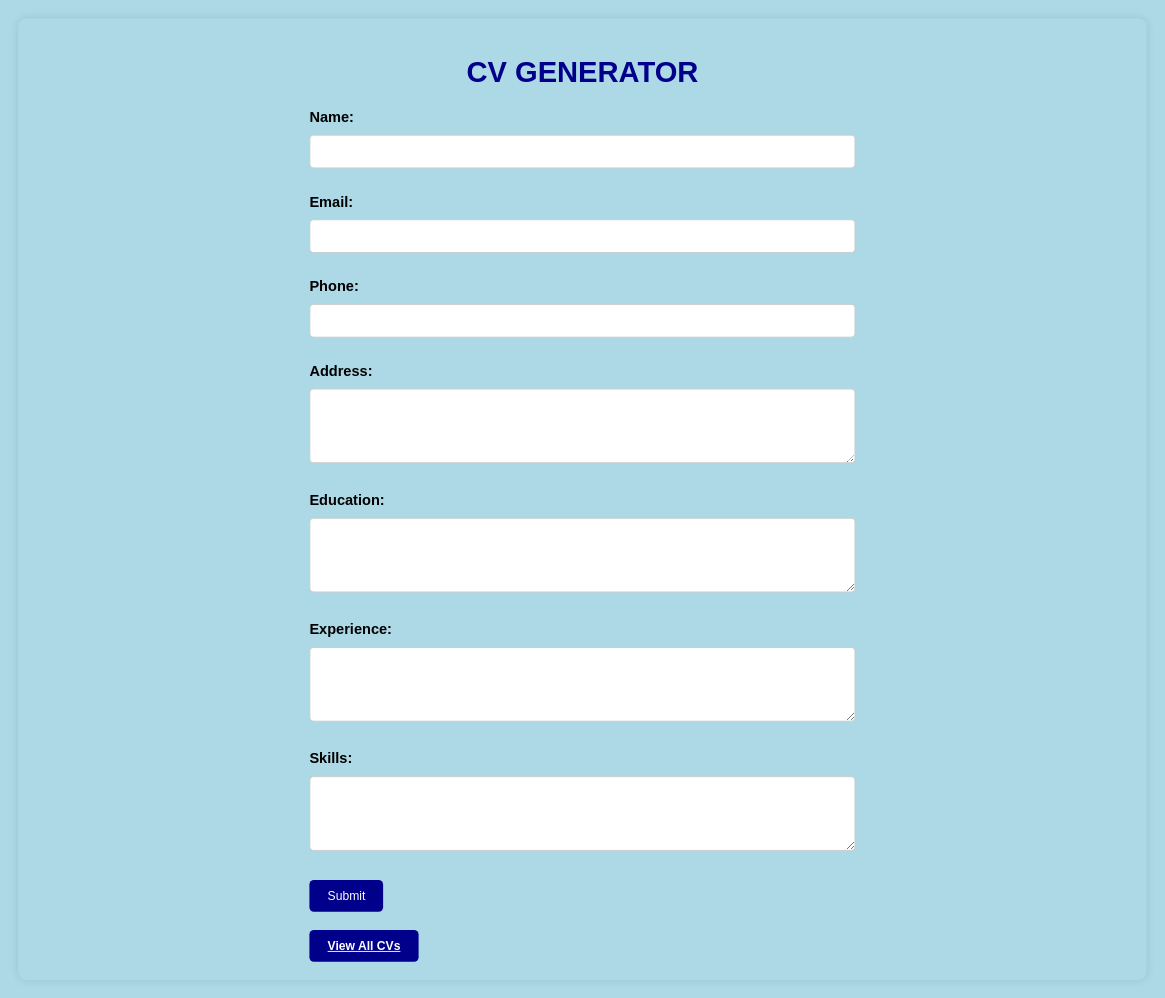
Repository: Arisha004/CV-generator
Page: index.html
These files come from the project's save history. The page is drawn as it stood at one moment and after the next save; the edit follows.
The browser window is 1280 px wide. The pictures show the whole page, at 91% of full size.

Above is the page before, as saved 2025-10-19 16:25:06.

### index.html
<!DOCTYPE html>
<html lang="en">
<head>
    <meta charset="UTF-8">
    <meta name="viewport" content="width=device-width, initial-scale=1.0">
    <title>Document</title>
    <link rel="stylesheet" href="style.css">
</head>
<body>
    <h1> CV GENERATOR </h1>
    <form id="cv" action="insert.php" method="post">
        <label for="name">Name:</label>
        <input type="text" id="name" name="name" required><br><br>

        <label for="email">Email:</label>
        <input type="email" id="email" name="email" required><br><br>

        <label for="phone">Phone:</label>
        <input type="tel" id="phone" name="phone" required><br><br>
        <label for="address">Address:</label><br>
        <textarea id="address" name="address" rows="4" cols="50"  required></textarea><br><br>
        <label for="education">Education:</label><br>
        <textarea id="education" name="education" rows="4" cols="50" required></textarea><br><br>

        <label for="experience">Experience:</label><br>
        <textarea id="experience" name="experience" rows="4" cols="50" required></textarea><br><br>

        <label for="skills">Skills:</label><br>
        <textarea id="skills" name="skills" rows="4" cols="50" required></textarea><br><br>

        <label for="sociallinks"></label>


        <button type="submit" value="submit"> Submit </button>
    </form>

    <div style="margin-top: 20px;">
        <form id="cv" action="list.php" method="get">
      <button>  <a href="list.php">View All CVs</a></button></form>
    </div>
</body>
</html>

### style.css

body{
    background-color: lightblue;
    font-family: Arial, sans-serif;
    margin: 20px;
    padding: 20px;
    border-radius: 10px;
    box-shadow: 0 0 10px rgba(0, 0,0, 0.1);

}
h1{
    color: darkblue;
    text-align: center;
}
p{
    font-size: 16px;
    line-height: 1.5;
    color: #333;
}
a{
   font-weight: bold;
    text-decoration: underline;
}
a:hover{
    text-decoration: underline;
}
button{
    background-color: darkblue;
    color: white;
    border: none;
    padding: 10px 20px;
    border-radius: 5px;
    cursor: pointer;
}
button:hover{
    background-color: navy;
}
input[type="text"], input[type="email"], textarea,input[type="tel"]{
    width: 100%;
    padding: 10px;
    margin: 10px 0;
    border: 1px solid #ccc;
    border-radius: 5px;
    box-sizing: border-box;
}
h2{
    color: darkblue;
    border-bottom: 2px solid darkblue;
    padding-bottom: 5px;
}
input[type="submit"]{
    background-color: darkblue;
    color: white;
    border: none;
    padding: 10px 20px;
    border-radius: 5px;
    cursor: pointer;
}
  table, th, td{
            border: 1px solid black;
            border-collapse: collapse;
        }
        th, td{
            padding: 10px;
        }

form{
    max-width: 600px;
    margin: auto;
}
label{
    font-weight: bold;
}
.container{
    max-width: 800px;
    margin: auto;
    padding: 20px;
    background-color: white;
    border-radius: 10px;
    box-shadow: 0 0 10px rgba(0, 0, 0, 0.1);
}
button a{
    color: white;

}

After the next save:
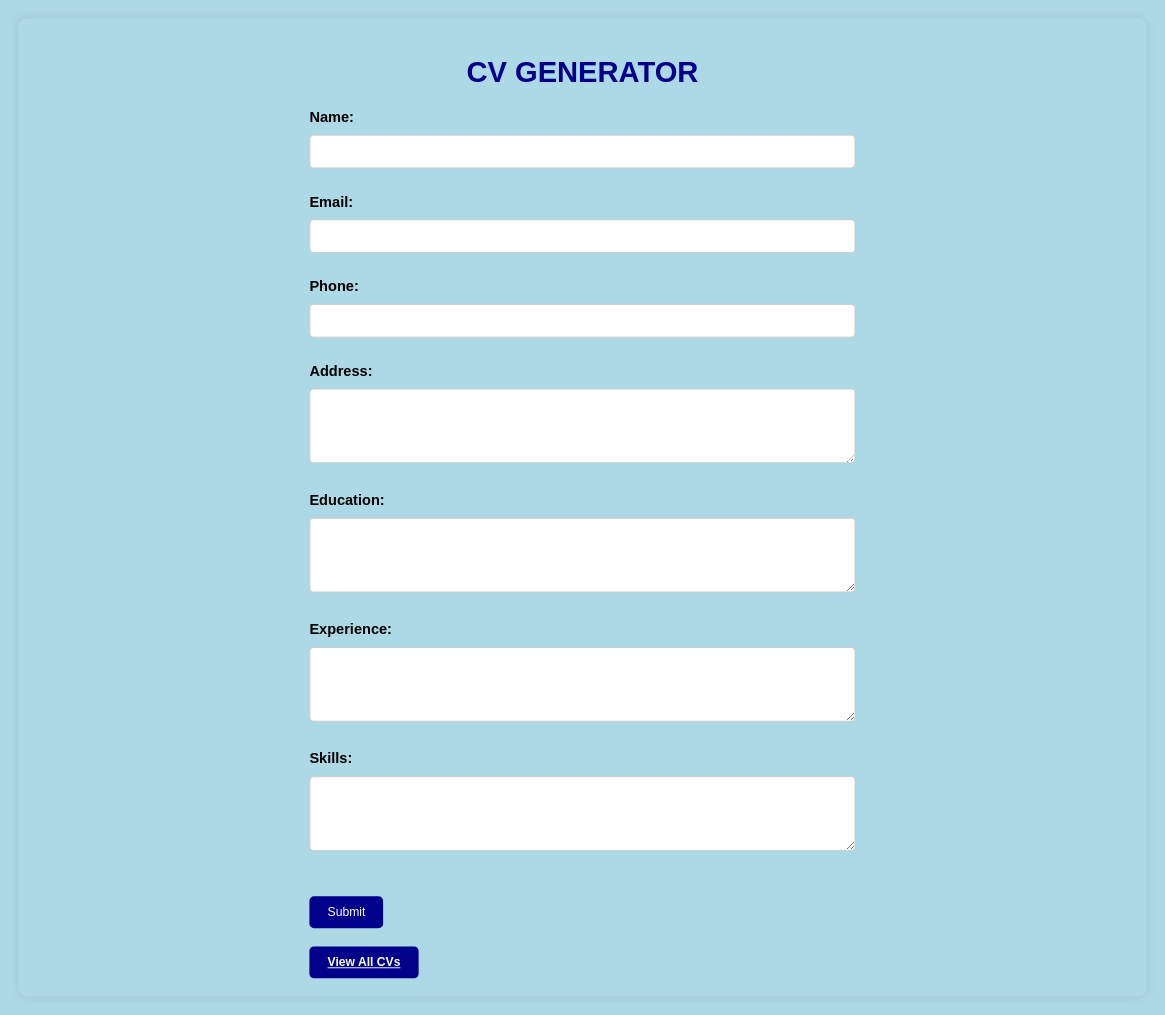
Saved 4 s later.
--- a/index.html
+++ b/index.html
@@ -28,7 +28,8 @@
         <label for="skills">Skills:</label><br>
         <textarea id="skills" name="skills" rows="4" cols="50" required></textarea><br><br>
 
-        <label for="sociallinks"></label>
+        <label for="sociallinks"></label><br>
+
 
 
         <button type="submit" value="submit"> Submit </button>

After the save that followed:
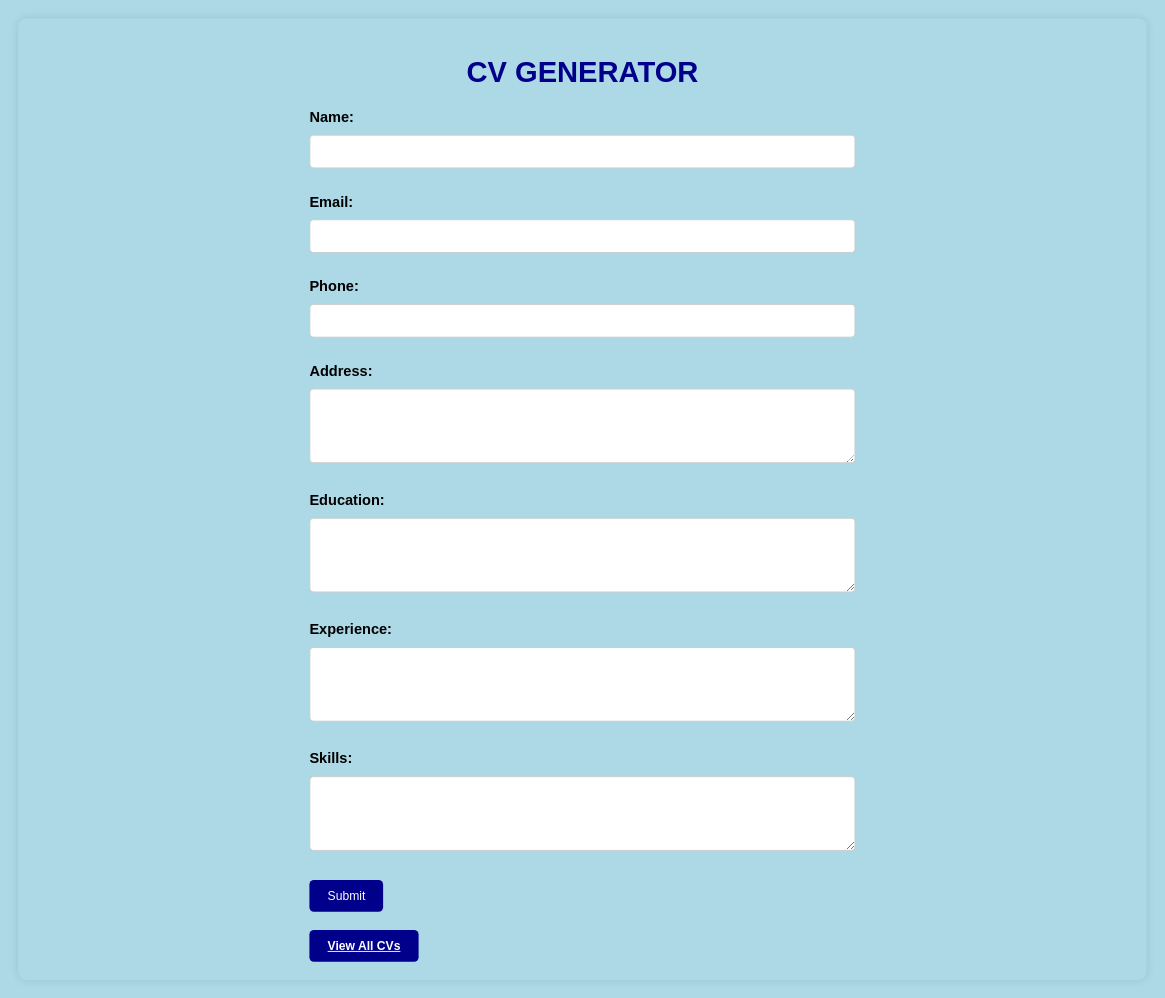
Saved 47 s later.
--- a/index.html
+++ b/index.html
@@ -28,7 +28,6 @@
         <label for="skills">Skills:</label><br>
         <textarea id="skills" name="skills" rows="4" cols="50" required></textarea><br><br>
 
-        <label for="sociallinks"></label><br>
 
 
 
